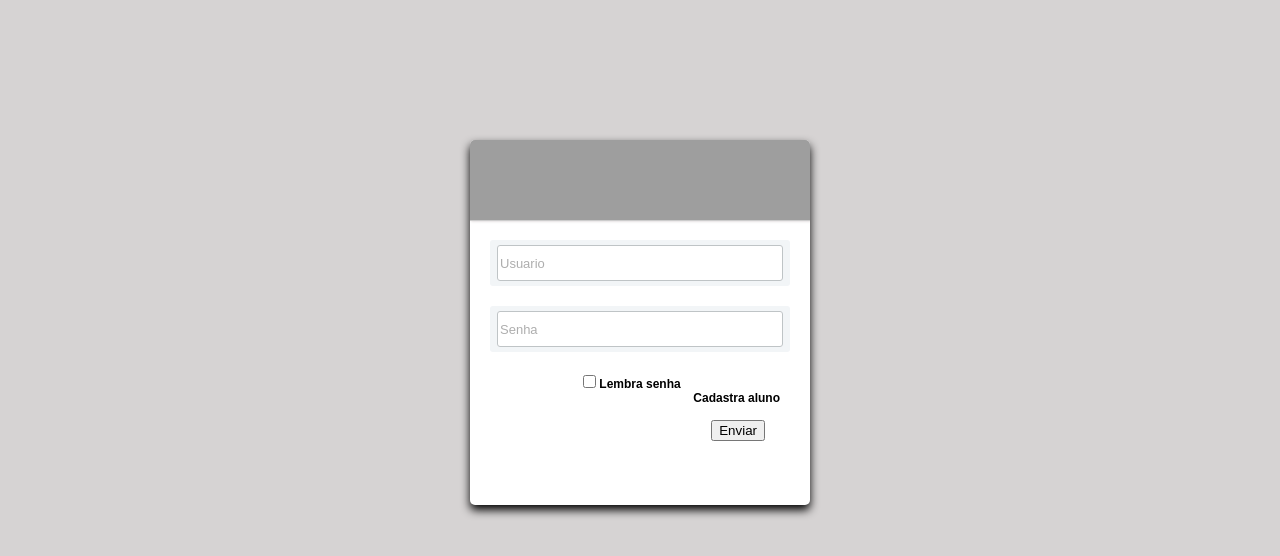
Repository: luisjonson/ProjetoWebAcademia
Page: http://localhost/RepositorioWebProject/Login.jsp
These files come from the project's save history. The page is drawn as it stood at one moment and after the next save; the edit follows.
The browser window is 1280 px wide. The pictures show the whole page.
Pictures or frames that could not be fetched are drawn as grey boxes. The page is served by Tomcat 9.

Above is the page before, as saved 2017-04-10 02:09:52.

After the next save:
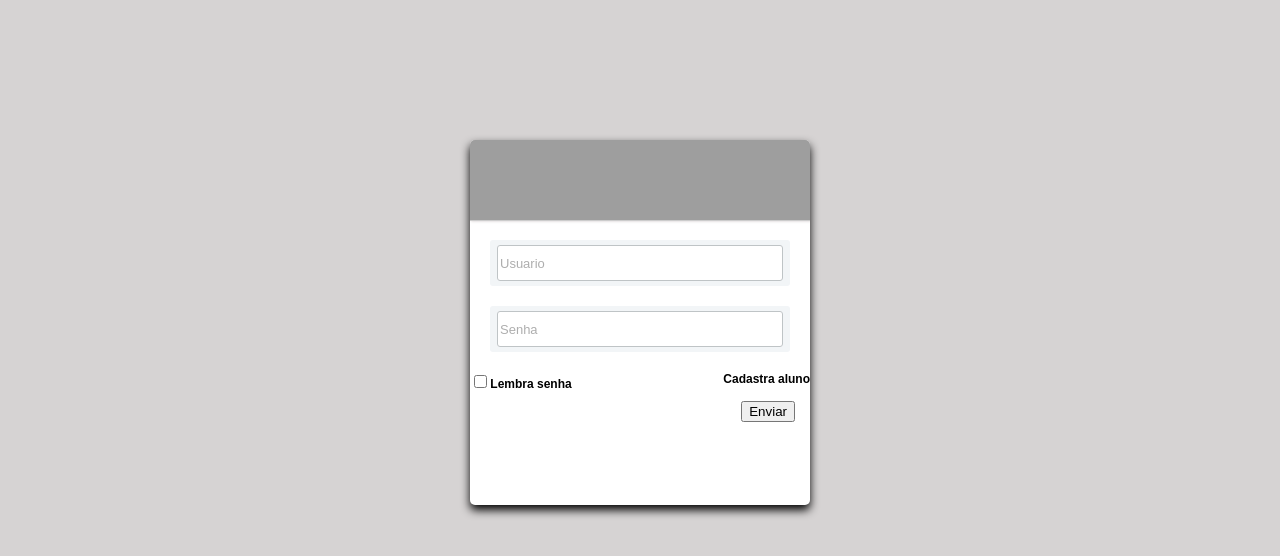
Saved 12 min 15 s later.
--- a/Projeto_Web/RepositorioWebProject/WebContent/Login.jsp
+++ b/Projeto_Web/RepositorioWebProject/WebContent/Login.jsp
@@ -86,6 +86,9 @@ body {
     margin-left:10px;
   }
 
+  #lembra-senha{
+  	float: left; width: 30%;
+  }
   #botao{
     float:right;
     padding:5px 15px;
@@ -119,12 +122,10 @@ body {
 					<input type="text" value="Senha">
 				</div>
 
-                <div id="botoes">
-
                   <div id="lembra-senha"><input type="checkbox"/>Lembra senha</div>
                   <div id="CadastraAluno">Cadastra aluno</div><br><br>
                     <div id="botao" ><input type="submit" name="enviar" value="Enviar"></div>
-                  </div>
+
 
               </div>
          </div>
